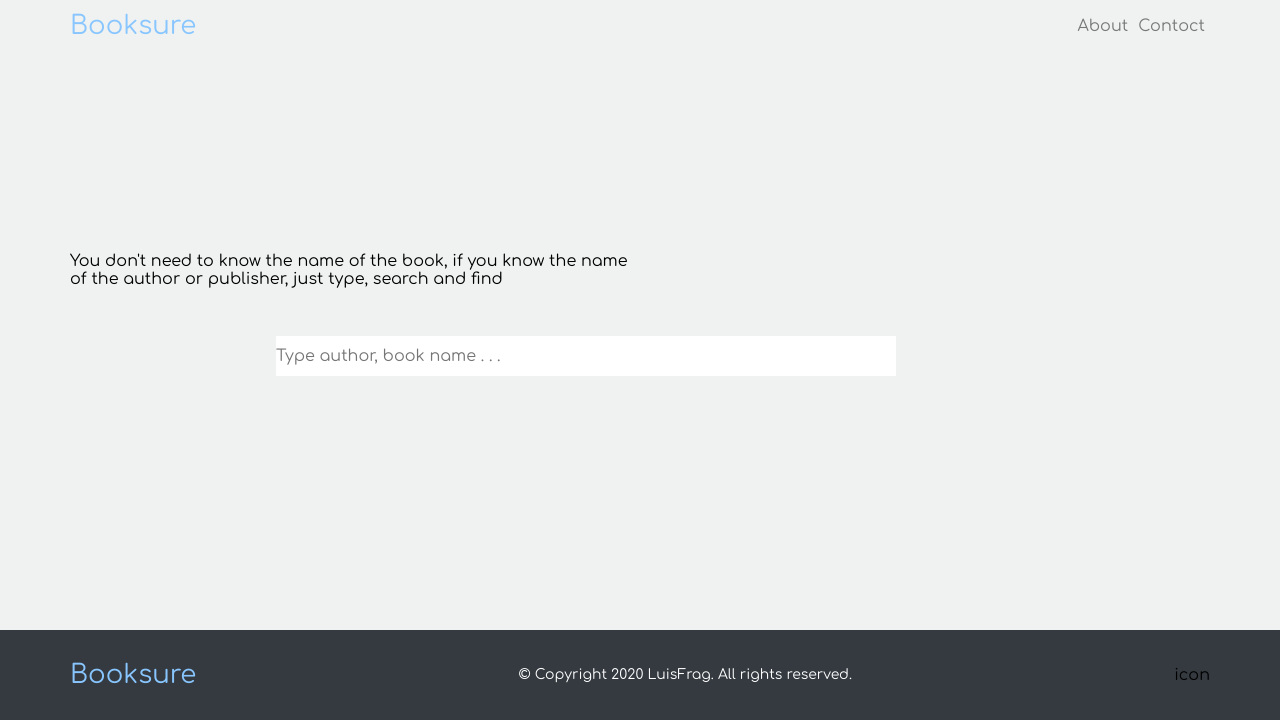
Repository: changesxxx/searchBooks
Page: /search
An editor plug-in stored every save of this project. The page is shown before and after the next save, followed by the edit.
The browser window is 1280 px wide. The pictures show the whole page.
The project was rebuilt for these pictures with package versions that can differ from the ones it lists, and the page was loaded fresh each time. Also part of the build but not shown: craco.config.js.

Above is the page before, as saved 2024-06-24 17:50:31.

### public/index.html
<!DOCTYPE html>
<html lang="en">

<head>
  <meta charset="utf-8" />
  <link rel="icon" href="%PUBLIC_URL%/favicon.ico" />
  <meta name="viewport" content="width=device-width, initial-scale=1" />
  <meta name="theme-color" content="#000000" />
  <meta name="description" content="Web site created using create-react-app" />
  <link rel="apple-touch-icon" href="%PUBLIC_URL%/logo192.png" />
  <!--
      manifest.json provides metadata used when your web app is installed on a
      user's mobile device or desktop. See https://developers.google.com/web/fundamentals/web-app-manifest/
    -->
  <link rel="manifest" href="%PUBLIC_URL%/manifest.json" />
  <!--
      Notice the use of %PUBLIC_URL% in the tags above.
      It will be replaced with the URL of the `public` folder during the build.
      Only files inside the `public` folder can be referenced from the HTML.

      Unlike "/favicon.ico" or "favicon.ico", "%PUBLIC_URL%/favicon.ico" will
      work correctly both with client-side routing and a non-root public URL.
      Learn how to configure a non-root public URL by running `npm run build`.
    -->
  <title>SearchBooks</title>
</head>

<body>
  <noscript>You need to enable JavaScript to run this app.</noscript>
  <div id="root"></div>
  <!--
      This HTML file is a template.
      If you open it directly in the browser, you will see an empty page.

      You can add webfonts, meta tags, or analytics to this file.
      The build step will place the bundled scripts into the <body> tag.

      To begin the development, run `npm start` or `yarn start`.
      To create a production bundle, use `npm run build` or `yarn build`.
    -->
</body>

</html>

### src/index.js
import React from 'react'

import ReactDOM from 'react-dom/client'

//router
import { BrowserRouter } from 'react-router-dom'

//css重置
import 'normalize.css'
import '@/assets/css/index.css'

import App from './App.jsx'

const root = ReactDOM.createRoot(document.getElementById('root'))

root.render(
  <BrowserRouter>
    <App />
  </BrowserRouter>,
)

### src/assets/css/index.css
@import './reset.css';
@import './common.css';

### src/App.jsx
import React, { memo, useEffect, useState, Suspense } from 'react'
import { useRoutes, useLocation } from 'react-router-dom'
import routes from '@/router'

import PageHeader from './components/pageHeader/PageHeader'
import PageFooter from './components/pageFooter/PageFooter'

const App = memo(() => {
  const [flag, setFlag] = useState(true)

  const location = useLocation()

  useEffect(() => {
    const isExistence = routes.some((route) => location.pathname === route.path)
    setFlag(isExistence)
  }, [location])

  return (
    <Suspense>
      <div
        style={{ display: 'flex', flexDirection: 'column', height: '100vh' }}
      >
        {flag && <PageHeader></PageHeader>}
        {useRoutes(routes)}
        {flag && <PageFooter></PageFooter>}
      </div>
    </Suspense>
  )
})

export default App

### src/assets/css/reset.css
/* 样式的重置 */
body,
html,
h1,
h2,
h3,
h4,
h5,
h6,
ul,
ol,
li,
dl,
dt,
dd,
header,
menu,
section,
p,
input,
td,
th,
ins {
  padding: 0;
  margin: 0;
}

ul,
ol,
li {
  list-style: none;
}

a {
  text-decoration: none;
  color: #666;
}

a:hover {
  color: #666;
  text-decoration: underline;
}

i,
em {
  font-style: normal;
}

input,
textarea,
button,
select,
a {
  outline: none;
  border: none;
}

table {
  border-collapse: collapse;
  border-spacing: 0;
}

img {
  border: none;
  vertical-align: middle;
}

### src/assets/css/common.css
body {
  background-color: #eff2f1;
  font-family: Comfortaa-Regular;
}

@font-face {
  font-family: Comfoorta-Bold;
  src: url('../font/Comfortaa-Bold.ttf');
}

@font-face {
  font-family: Comfortaa-Regular;
  src: url('../font/Comfortaa-Regular.ttf');
}

@font-face {
  font-family: Comfortaa-Light;
  src: url('../font/Comfortaa-Light.ttf');
}

.content_mid {
  width: 1140px;
  margin: 0 auto;
}

### src/router/index.js
import React from 'react'
import { Navigate } from 'react-router-dom'

//组件
const Home = React.lazy(() => import('@/view/home/Home'))
const Search = React.lazy(() => import('@/view/search/Search'))
const Error = React.lazy(() => import('@/view/error/Error'))

const routes = [
  {
    path: '/',
    element: <Navigate to="/home"></Navigate>,
  },
  {
    path: '/home',
    element: <Home />,
  },
  {
    path: '/search',
    element: <Search />,
  },
  {
    path: '*',
    element: <Error />,
  },
]

export default routes

### src/components/pageHeader/PageHeader.jsx
import React, { memo } from 'react'

import { useNavigate } from 'react-router-dom'

import HeaderWrapper from './style'

const PageHeader = memo(() => {
  const navigate = useNavigate()

  function goHome() {
    navigate('/home')
  }

  return (
    <HeaderWrapper className="content_mid">
      <div
        className="title"
        onClick={() => {
          goHome()
        }}
        style={{ cursor: 'pointer' }}
      >
        Booksure
      </div>
      <div className="other">
        <div className="item">About</div>
        <div className="item">Contoct</div>
      </div>
    </HeaderWrapper>
  )
})

export default PageHeader

### src/components/pageFooter/PageFooter.jsx
import React, { memo } from 'react'

import FooterWrapper from './style'

const PageFooter = memo(() => {
  return (
    <FooterWrapper>
      <div className="content_mid content ">
        <div className="title">Booksure</div>
        <div className="text">
          © Copyright 2020 LuisFrag. All rights reserved.
        </div>
        <div className="icon">icon</div>
      </div>
    </FooterWrapper>
  )
})

export default PageFooter

### src/view/search/Search.jsx
import React, { memo } from 'react'

import SearchWrapper from './style'

const Search = memo(() => {
  return (
    <SearchWrapper className="content_mid">
      <div className="describe">
        <div>
          You don't need to know the name of the book, if you know the name of
          the author or publisher, just type, search and find
        </div>
        <div></div>
      </div>

      <div className="input">
        <input
          className="search-input"
          type="text"
          placeholder="Type author, book name . . ."
        />
      </div>
    </SearchWrapper>
  )
})

export default Search

### src/components/pageHeader/style.js
import { styled } from 'styled-components'

const HeaderWrapper = styled.div`
  display: flex;
  justify-content: space-between;
  height: 40px;
  margin-top: 6px;
  padding: 0 15px;

  .title {
    display: flex;
    height: 100%;
    align-items: center;

    font-size: 26px;
    color: #89c6ff;
  }

  .other {
    display: flex;
    height: 100%;

    align-items: center;

    .item {
      margin: 0 5px;
      color: rgba(0, 0, 0, 0.5);
    }
  }
`
export default HeaderWrapper

### src/components/pageFooter/style.js
import { styled } from 'styled-components'

const FooterWrapper = styled.div`
  height: 90px;
  background-color: #343a40;

  .content {
    display: flex;
    height: 100%;
    justify-content: space-between;

    align-items: center;

    .title {
      font-size: 26px;
      color: #89c6ff;
    }

    .text {
      font-size: 14px;
      color: #fff;
    }
  }
`

export default FooterWrapper

### src/view/search/style.js
import { styled } from 'styled-components'

const searchWrapper = styled.div`
  flex: 1;
  display: flex;
  flex-direction: column;
  justify-content: center;

  .describe {
    display: flex;

    div {
      flex: 1;
    }
  }

  .input {
    padding: 48px 16px;
    text-align: center;

    .search-input {
      display: block;

      width: 56%;
      height: 40px;
      margin: 0 190px;
    }
  }
`

export default searchWrapper

After the next save:
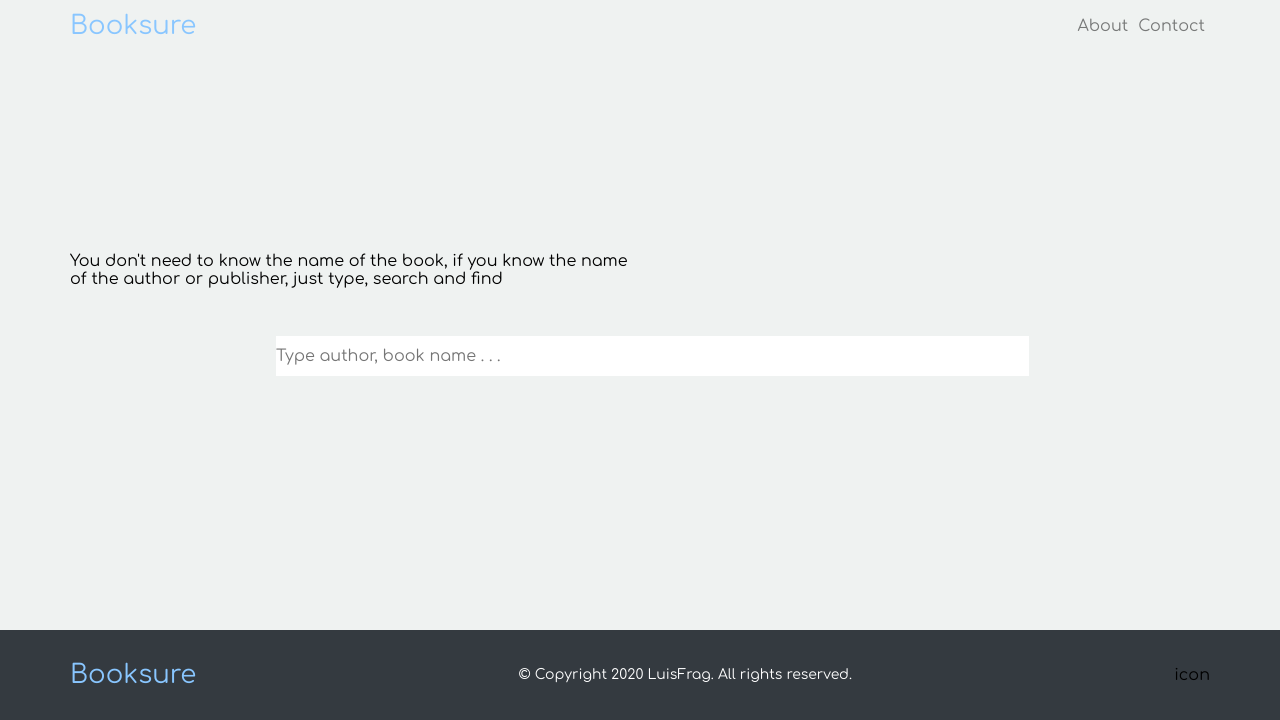
Saved 31 s later.
--- a/src/view/search/style.js
+++ b/src/view/search/style.js
@@ -21,7 +21,7 @@ const searchWrapper = styled.div`
     .search-input {
       display: block;
 
-      width: 56%;
+      width: 68%;
       height: 40px;
       margin: 0 190px;
     }
